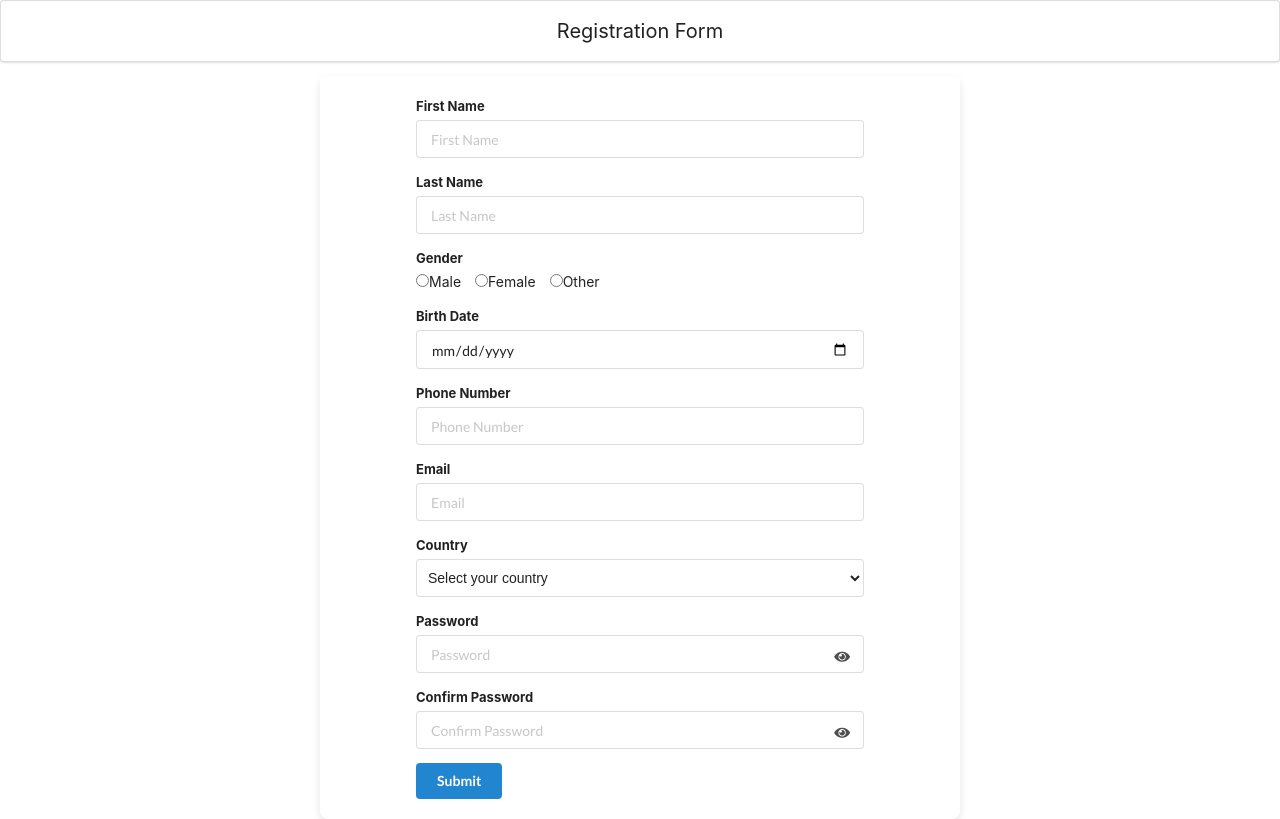
Repository: Wahid137/registration-form
Page: /
An editor plug-in stored every save of this project. The page is shown before and after the next save, followed by the edit.
The browser window is 1280 px wide. The pictures show the whole page.
The project was rebuilt for these pictures with package versions that can differ from the ones it lists, and the page was loaded fresh each time.

Above is the page before, as saved 2024-05-01 16:35:47.

### src/index.js
import React from 'react';
import ReactDOM from 'react-dom/client';
import 'semantic-ui-css/semantic.min.css';
import App from './App';
import './index.css';
import reportWebVitals from './reportWebVitals';

const root = ReactDOM.createRoot(document.getElementById('root'));
root.render(
  <React.StrictMode>
    <App />
  </React.StrictMode>
);

// If you want to start measuring performance in your app, pass a function
// to log results (for example: reportWebVitals(console.log))
// or send to an analytics endpoint. Learn more: https://bit.ly/CRA-vitals
reportWebVitals();

### src/App.js
import { Segment } from 'semantic-ui-react';
import './App.css';
import Register from './components/Register';

function App() {
  return (
    <div className="App">
      <Segment textAlign='center' size={"huge"}>Registration Form</Segment>
      <Register />
    </div>
  );
}

export default App;

### src/App.css
.form-body {
  padding-top: "20px";
  padding-bottom: "20px";
  display: "flex";
  width: "50%";
  justify-content: "center";
  box-shadow: "0 4px 8px rgba(0,0,0,0.1)";
  border-radius: "8px";
}

.form-field {
  margin-bottom: 1rem;
}

### src/components/Register.js
import Joi from "joi";
import React, { useState } from "react";
import { useForm } from "react-hook-form";
import { Button, Container, Form, FormField, Icon } from "semantic-ui-react";
import { minBirthDate } from "../utils/Moment";
import { nameRegex, passwordRegex, phoneRegex } from "../utils/RegExp";
import { countryOptions } from "../utils/country";
import { getPasswordErrorMessage } from "../utils/getPasswordErrorMessage";

const Register = () => {
    const [showPassword, setShowPassword] = useState(false);
    const [showConfirmPassword, setShowConfirmPassword] = useState(false);
    const togglePasswordVisibility = () => setShowPassword(!showPassword);
    const toggleConfirmPasswordVisibility = () => setShowConfirmPassword(!showConfirmPassword);

    //useForm
    const { register, handleSubmit, reset, watch
    } = useForm();
    const password = watch("password", "");
    const [formErrors, setFormErrors] = useState({});

    //schema
    const schema = Joi.object({
        firstName: Joi.string().min(2).max(20).pattern(nameRegex).required().messages({
            "string.base": "First name must be a string",
            "string.empty": "Please enter your first name",
            "string.min": "First name must have at least {#limit} characters",
            "string.max": "First name cannot exceed {#limit} characters",
            "string.pattern.base": "First name must contain only alphabets and spaces",
            "any.required": "First name is required",
        }),
        lastName: Joi.string().min(2).max(20).pattern(nameRegex).required().messages({
            "string.base": "Last name must be a string",
            "string.empty": "Please enter your last name",
            "string.min": "Last name must have at least {#limit} characters",
            "string.max": "Last name cannot exceed {#limit} characters",
            "string.pattern.base": "Last name must contain only alphabets and spaces",
            "any.required": "Last name is required",
        }),
        gender: Joi.string().valid('male', 'female', 'other').required().messages({
            "any.required": "Gender is required",
            "any.only": "Please select a valid gender",
        }),
        birthDate: Joi.date()
            .max(minBirthDate)
            .required()
            .messages({
                "date.base": "Please enter a valid date",
                "date.max": "You must be at least 18 years old",
                "any.required": "Birth date is required",
            }),
        phoneNumber: Joi.string().pattern(phoneRegex).required().messages({
            "string.base": "Phone number must be a string",
            "string.empty": "Please enter your phone number",
            "string.pattern.base": "Phone number must be exactly 10 digits",
            "any.required": "Phone number is required",
        }),
        email: Joi.string().email({ tlds: { allow: false } }).required().messages({
            "string.base": "Email must be a string",
            "string.empty": "Please enter your email",
            "string.email": "Please enter a valid email address",
            "any.required": "Email is required",
        }),
        password: Joi.string().pattern(passwordRegex).required().messages({
            "string.base": "Password must be a string",
            "string.empty": "Please enter your password",
            "string.pattern.base": "Password must be 3 to 30 characters long and contain at least one lowercase letter, one uppercase letter, and one digit",
            "any.required": "Password is required",
        }),
        confirmPassword: Joi.string().valid(password).required().messages({
            "any.required": "Confirm password is required",
            "any.only": "Passwords do not match",
        }),
        country: Joi.string().required().messages({
            "any.required": "Please select a country",
            "string.empty": "Please select a country",
        }),
    });

    //submit handler
    const onSubmit = (data) => {
        const { error } = schema.validate(data, { abortEarly: false });
        if (error) {
            const errorMessage = {};
            error.details.forEach((detail) => {
                errorMessage[detail.path[0]] = detail.message;
            });
            if (data.password) {
                errorMessage.password = getPasswordErrorMessage(data.password);
            }
            setFormErrors(errorMessage);
            return;
        }
        console.log(data);
        reset();
        setFormErrors({});
        alert("Registration Successfully done!")
    };

    return (
        <Container
            style={{
                paddingTop: "20px",
                paddingBottom: "20px",
                display: "flex",
                width: "50%",
                justifyContent: "center",
                boxShadow: "0 4px 8px rgba(0,0,0,0.1)",
                borderRadius: "8px",
            }}
        >

            <Form style={{ width: "70%" }} onSubmit={handleSubmit(onSubmit)}>
                <div className="form-field">
                    <FormField error={formErrors.firstName !== undefined}>
                        <label>First Name</label>
                        <input
                            placeholder="First Name"
                            {...register("firstName")}
                            className={formErrors.firstName ? "error" : ""}
                        />
                        {formErrors.firstName && (
                            <div className="ui pointing red basic label">
                                {formErrors.firstName}
                            </div>
                        )}
                    </FormField>
                </div>
                <div className="form-field">
                    <FormField error={formErrors.lastName !== undefined}>
                        <label>Last Name</label>
                        <input
                            placeholder="Last Name"
                            {...register("lastName")}
                            className={formErrors.lastName ? "error" : ""}
                        />
                        {formErrors.lastName && (
                            <div className="ui pointing red basic label">
                                {formErrors.lastName}
                            </div>
                        )}
                    </FormField>
                </div>
                <div className="form-field">
                    <FormField>
                        <label>Gender</label>
                        <div style={{ display: "flex", flexDirection: "row" }}>
                            <div style={{ marginRight: "1rem" }}>
                                <input type="radio" id="male" {...register("gender")} value="male" />
                                <label htmlFor="male">Male</label>
                            </div>
                            <div style={{ marginRight: "1rem" }}>
                                <input type="radio" id="female" {...register("gender")} value="female" />
                                <label htmlFor="female">Female</label>
                            </div>
                            <div>
                                <input type="radio" id="other" {...register("gender")} value="other" />
                                <label htmlFor="other">Other</label>
                            </div>
                        </div>
                        {formErrors.gender && (
                            <div className="ui pointing red basic label">
                                {formErrors.gender}
                            </div>
                        )}
                    </FormField>
                </div>
                <div className="form-field">
                    <FormField error={formErrors.birthDate !== undefined}>
                        <label>Birth Date</label>
                        <input
                            type="date"
                            name="birthDate"
                            {...register("birthDate")}
                            className={formErrors.birthDate ? "error" : ""}
                        />
                        {formErrors.birthDate && (
                            <div className="ui pointing red basic label">
                                {formErrors.birthDate}
                            </div>
                        )}
                    </FormField>
                </div>
                <div className="form-field">
                    <FormField error={formErrors.phoneNumber !== undefined}>
                        <label>Phone Number</label>
                        <input
                            placeholder="Phone Number"
                            {...register("phoneNumber")}
                            className={formErrors.phoneNumber ? "error" : ""}
                        />
                        {formErrors.phoneNumber && (
                            <div className="ui pointing red basic label">
                                {formErrors.phoneNumber}
                            </div>
                        )}
                    </FormField>
                </div>
                <div className="form-field">
                    <FormField error={formErrors.email !== undefined}>
                        <label>Email</label>
                        <input
                            placeholder="Email"
                            {...register("email")}
                            className={formErrors.email ? "error" : ""}
                        />
                        {formErrors.email && (
                            <div className="ui pointing red basic label">
                                {formErrors.email}
                            </div>
                        )}
                    </FormField>
                </div>
                <div className="form-field">
                    <FormField error={formErrors.country !== undefined}>
                        <label>Country</label>
                        <select {...register("country")} className={formErrors.country ? "error" : "ui search dropdown"}>
                            <option value="">Select your country</option>
                            {
                                countryOptions?.map((country) => <option key={country?.key} value={country?.value}>{country?.text}</option>)
                            }
                        </select>
                        {formErrors.country && (
                            <div className="ui pointing red basic label">
                                {formErrors.country}
                            </div>
                        )}
                    </FormField>
                </div>
                <div className="form-field">
                    <FormField error={formErrors.password !== undefined}>
                        <label>Password</label>
                        <div className="ui input">
                            <input
                                type={showPassword ? "text" : "password"}
                                placeholder="Password"
                                {...register("password")}
                                className={formErrors.password ? "error" : ""}
                            />
                            <Icon
                                name={showPassword ? "eye slash" : "eye"}
                                link
                                onClick={togglePasswordVisibility}
                                style={{ cursor: "pointer", position: "absolute", right: "10px", top: "50%", transform: "translateY(-50%)" }}
                            />
                        </div>
                        {formErrors.password && (
                            <div className="ui pointing red basic label">
                                {formErrors.password}
                            </div>
                        )}
                    </FormField>
                </div>
                <div className="form-field">
                    <FormField error={formErrors.confirmPassword !== undefined}>
                        <label>Confirm Password</label>
                        <div className="ui input">
                            <input
                                type={showConfirmPassword ? "text" : "password"}
                                placeholder="Confirm Password"
                                {...register("confirmPassword")}
                                className={formErrors.confirmPassword ? "error" : ""}
                            />
                            <Icon
                                name={showConfirmPassword ? "eye slash" : "eye"}
                                link
                                onClick={toggleConfirmPasswordVisibility}
                                style={{ cursor: "pointer", position: "absolute", right: "10px", top: "50%", transform: "translateY(-50%)" }}
                            />
                        </div>
                        {formErrors.confirmPassword && (
                            <div className="ui pointing red basic label">
                                {formErrors.confirmPassword}
                            </div>
                        )}
                    </FormField>
                </div>
                <Button type="submit" color="blue">
                    Submit
                </Button>
            </Form>
        </Container>
    );
};

export default Register;

### src/utils/Moment.js
import moment from "moment";

export const minBirthDate = moment().subtract(18, "years").format("YYYY-MM-DD");

### src/utils/RegExp.js
export const nameRegex = /^[A-Za-z\s]+$/;
export const phoneRegex = /^[0-9]{10}$/;
export const passwordRegex = /^(?=.*[a-z])(?=.*[A-Z])(?=.*\d)[a-zA-Z\d]{3,30}$/;

### src/utils/country.js
export const countryOptions = [
    { key: 'af', value: 'af', text: 'Afghanistan' },
    { key: 'ax', value: 'ax', text: 'Aland Islands' },
    { key: 'al', value: 'al', text: 'Albania' },
    { key: 'dz', value: 'dz', text: 'Algeria' },
    { key: 'as', value: 'as', text: 'American Samoa' },
    { key: 'ad', value: 'ad', text: 'Andorra' },
    { key: 'ao', value: 'ao', text: 'Angola' },
    { key: 'ai', value: 'ai', text: 'Anguilla' },
    { key: 'ag', value: 'ag', text: 'Antigua' },
    { key: 'ar', value: 'ar', text: 'Argentina' },
    { key: 'am', value: 'am', text: 'Armenia' },
    { key: 'aw', value: 'aw', text: 'Aruba' },
    { key: 'au', value: 'au', text: 'Australia' },
    { key: 'at', value: 'at', text: 'Austria' },
    { key: 'az', value: 'az', text: 'Azerbaijan' },
    { key: 'bs', value: 'bs', text: 'Bahamas' },
    { key: 'bh', value: 'bh', text: 'Bahrain' },
    { key: 'bd', value: 'bd', text: 'Bangladesh' },
    { key: 'bb', value: 'bb', text: 'Barbados' },
    { key: 'by', value: 'by', text: 'Belarus' },
    { key: 'be', value: 'be', text: 'Belgium' },
    { key: 'bz', value: 'bz', text: 'Belize' },
    { key: 'bj', value: 'bj', text: 'Benin' },
]

### src/utils/getPasswordErrorMessage.js

export const getPasswordErrorMessage = (value) => {
    if (value.length < 3 || value.length > 30) {
        return "Password must be 3 to 30 characters long";
    }
    if (!/[a-z]/.test(value)) {
        return "Password must contain at least one lowercase letter";
    }
    if (!/[A-Z]/.test(value)) {
        return "Password must contain at least one uppercase letter";
    }
    if (!/[0-9]/.test(value)) {
        return "Password must contain at least one digit";
    }
    return "";
};

Loaded but not shown: public/index.html (common file); src/index.css (common file); src/reportWebVitals.js (common file)

After the next save:
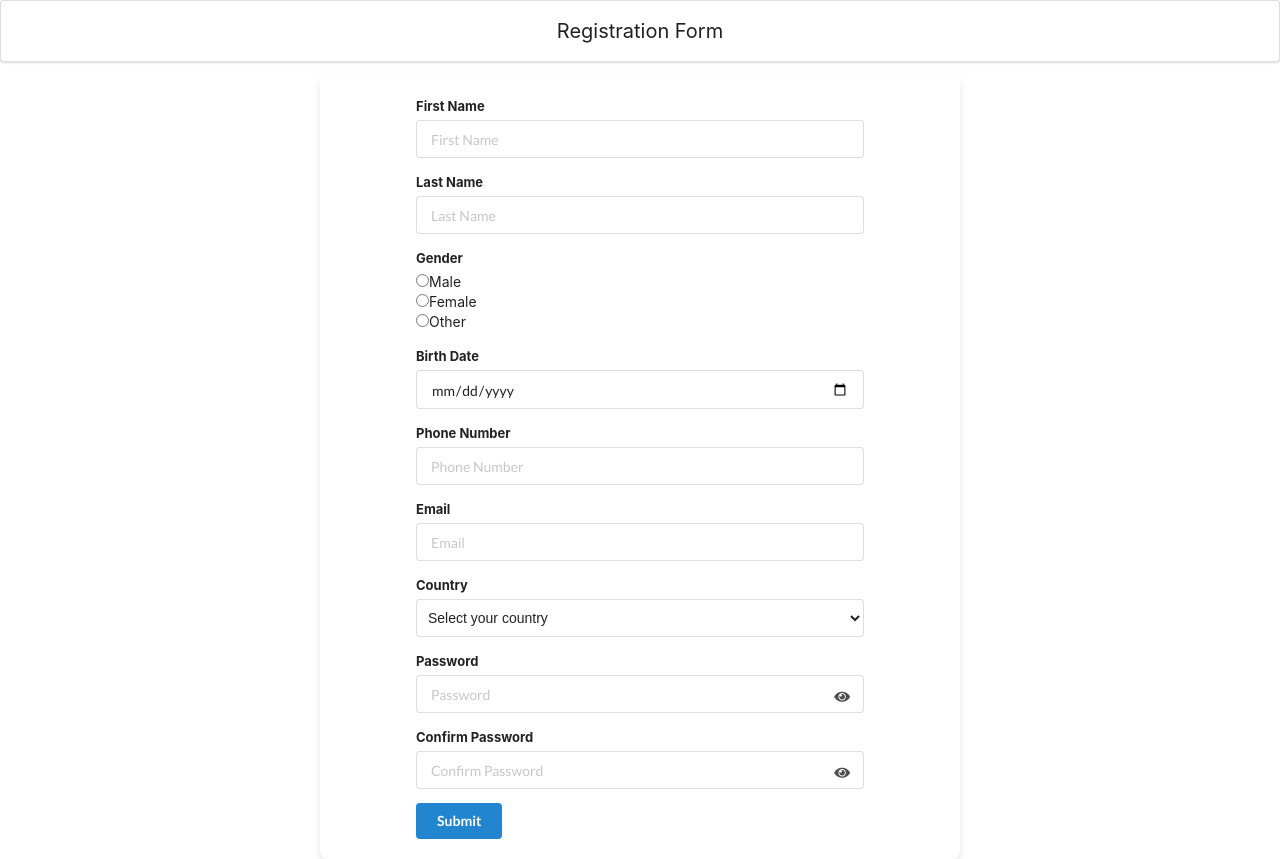
Saved 73 s later.
--- a/src/components/Register.js
+++ b/src/components/Register.js
@@ -144,7 +144,7 @@ const Register = () => {
                 <div className="form-field">
                     <FormField>
                         <label>Gender</label>
-                        <div style={{ display: "flex", flexDirection: "row" }}>
+                        <div className="gender-field">
                             <div style={{ marginRight: "1rem" }}>
                                 <input type="radio" id="male" {...register("gender")} value="male" />
                                 <label htmlFor="male">Male</label>

After the 6 saves that followed:
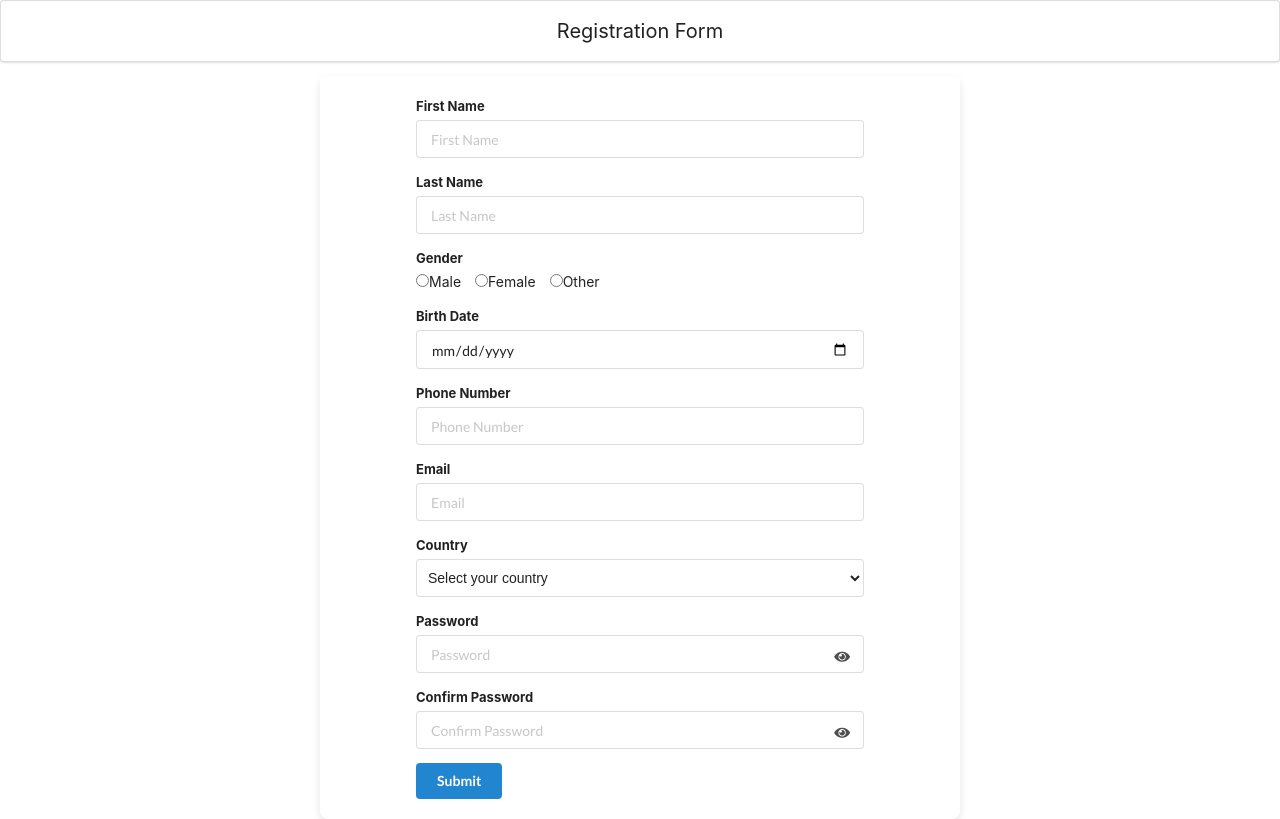
The 6 saves are shown as one change because 4 left the picture as it was and some came seconds apart.
The last was saved 2 min 10 s later.
--- a/src/App.css
+++ b/src/App.css
@@ -11,3 +11,8 @@
 .form-field {
   margin-bottom: 1rem;
 }
+
+.gender-field {
+  display: flex;
+  flex-direction: row;
+}
